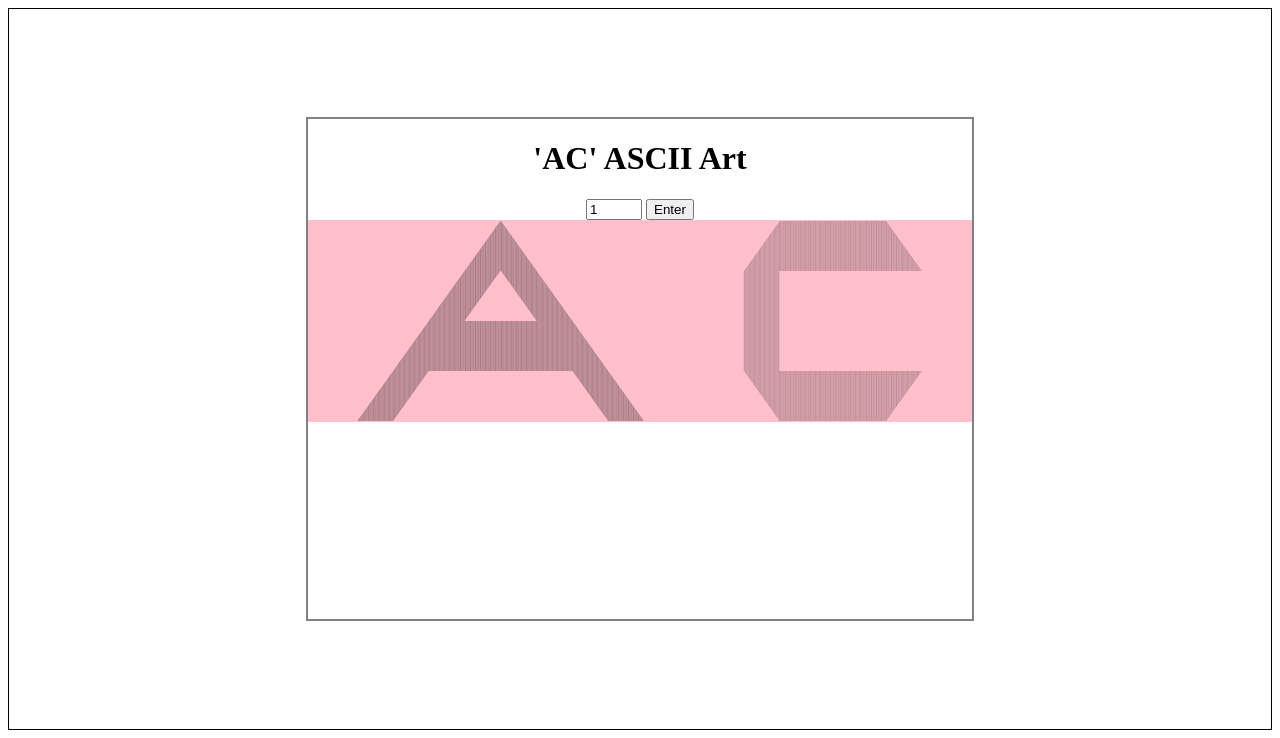
Repository: Achorn/ascii-art
Page: index.html
The author's editor kept a copy of each file at every save. The page is drawn from the files as they stood at one save, then again after the next save.
The browser window is 1280 px wide. The pictures show the whole page.

Above is the page before, as saved 2021-08-09 20:48:06.

After the next save:
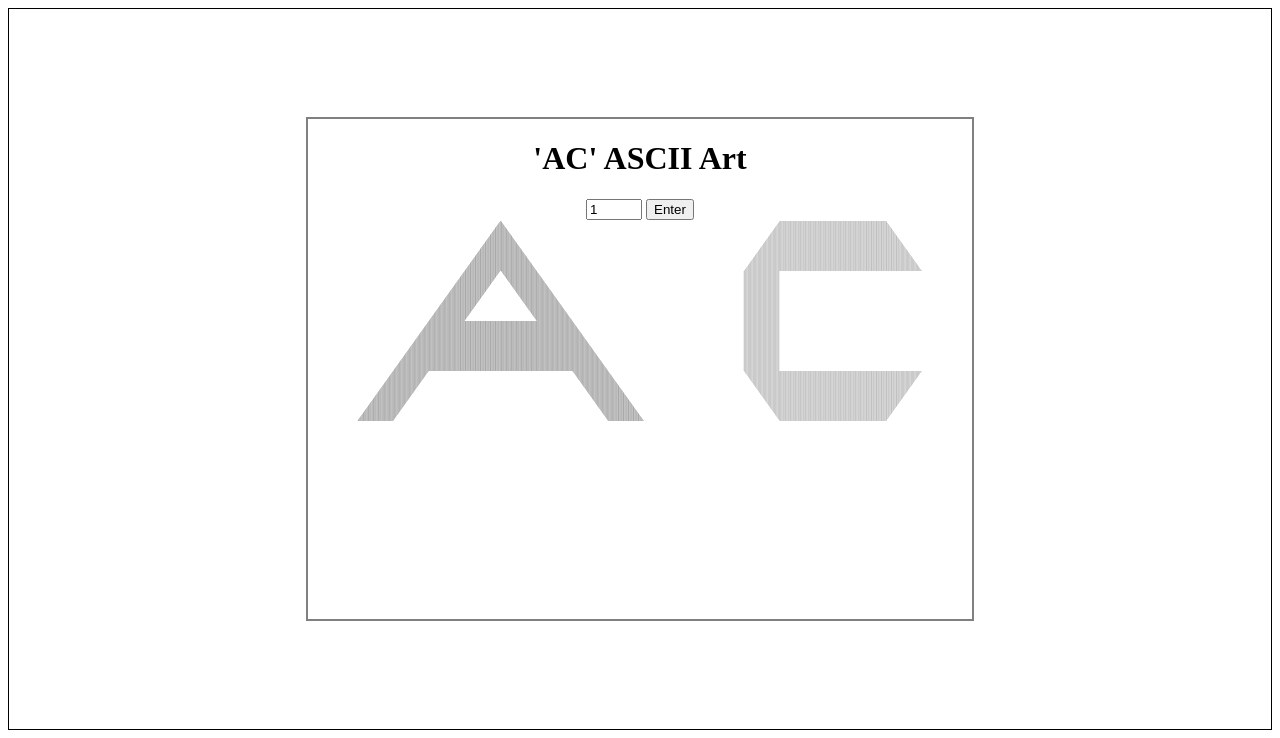
Saved 113 s later.
--- a/styles.css
+++ b/styles.css
@@ -19,10 +19,10 @@ form {
 }
 
 #a-container {
-  background-color: pink;
+  /* background-color: pink; */
 }
 #c-container {
-  background-color: pink;
+  /* background-color: pink; */
 }
 #mono-a {
   /* font-size: 25.5vw; */
